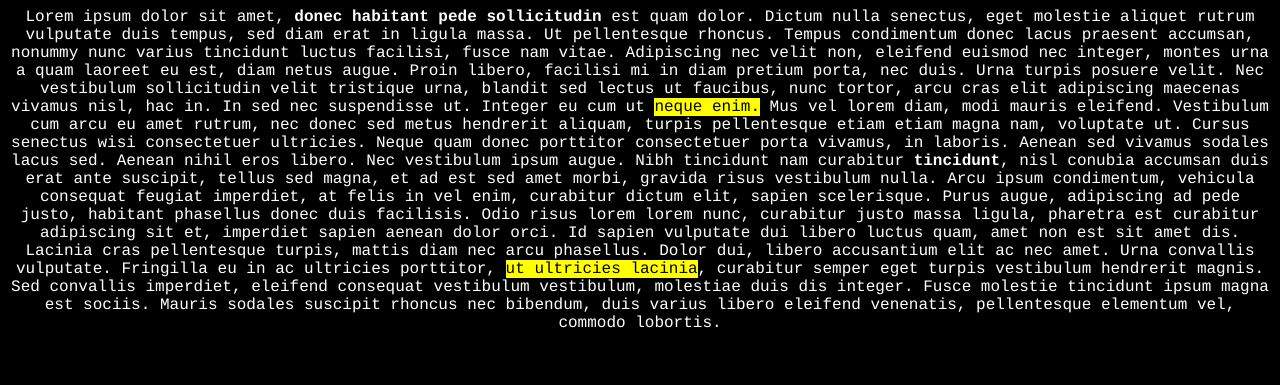
Repository: diasm568/diasm568.github.io
Page: lab/composition.html
The author's editor kept a record of every edit. The page is drawn from the files as they stood at one moment, then again after the next edit.
The browser window is 1280 px wide. The pictures show the whole page.

Above is the page before.

After the next edit:
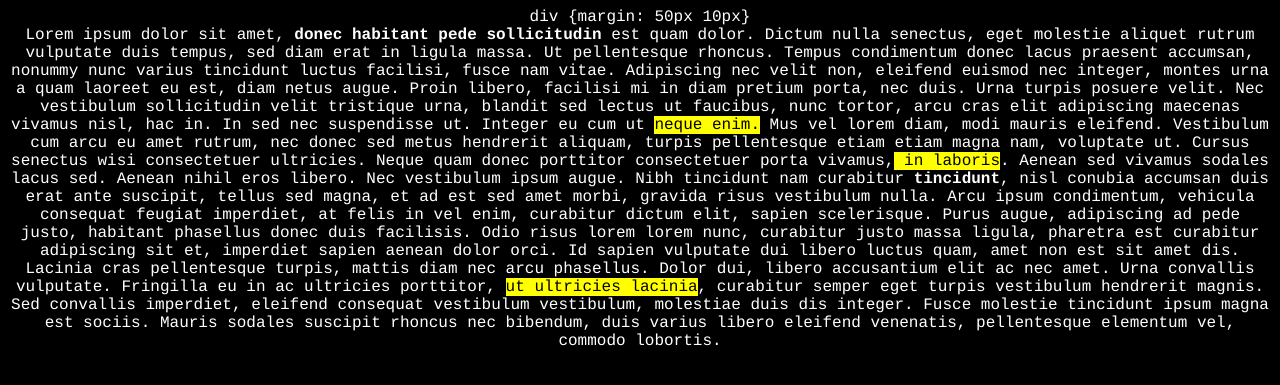
The edit:
--- a/lab/composition.html
+++ b/lab/composition.html
@@ -2,8 +2,9 @@
 <body bgcolor="black">
 <font color="white">
 <font face="courier" color="white">
-Lorem ipsum dolor sit amet, <strong>donec habitant pede sollicitudin</strong> est quam dolor. Dictum nulla senectus, eget molestie aliquet rutrum vulputate duis tempus, sed diam erat in ligula massa. Ut pellentesque rhoncus. Tempus condimentum donec lacus praesent accumsan, nonummy nunc varius tincidunt luctus facilisi, fusce nam vitae. Adipiscing nec velit non, eleifend euismod nec integer, montes urna a quam laoreet eu est, diam netus augue. Proin libero, facilisi mi in diam pretium porta, nec duis. Urna turpis posuere velit. Nec vestibulum sollicitudin velit tristique urna, blandit sed lectus ut faucibus, nunc tortor, arcu cras elit adipiscing maecenas vivamus nisl, hac in. In sed nec suspendisse ut.
-Integer eu cum ut <mark>neque enim.</mark> Mus vel lorem diam, modi mauris eleifend. Vestibulum cum arcu eu amet rutrum, nec donec sed metus hendrerit aliquam, turpis pellentesque etiam etiam magna nam, voluptate ut. Cursus senectus wisi consectetuer ultricies. Neque quam donec porttitor consectetuer porta vivamus, in laboris. Aenean sed vivamus sodales lacus sed. Aenean nihil eros libero. Nec vestibulum ipsum augue.
+div {margin: 50px 10px}
+<div>Lorem ipsum dolor sit amet, <strong>donec habitant pede sollicitudin</strong> est quam dolor. Dictum nulla senectus, eget molestie aliquet rutrum vulputate duis tempus, sed diam erat in ligula massa. Ut pellentesque rhoncus. Tempus condimentum donec lacus praesent accumsan, nonummy nunc varius tincidunt luctus facilisi, fusce nam vitae. Adipiscing nec velit non, eleifend euismod nec integer, montes urna a quam laoreet eu est, diam netus augue. Proin libero, facilisi mi in diam pretium porta, nec duis. Urna turpis posuere velit. Nec vestibulum sollicitudin velit tristique urna, blandit sed lectus ut faucibus, nunc tortor, arcu cras elit adipiscing maecenas vivamus nisl, hac in. In sed nec suspendisse ut.
+Integer eu cum ut <mark>neque enim.</mark> Mus vel lorem diam, modi mauris eleifend. Vestibulum cum arcu eu amet rutrum, nec donec sed metus hendrerit aliquam, turpis pellentesque etiam etiam magna nam, voluptate ut. Cursus senectus wisi consectetuer ultricies. Neque quam donec porttitor consectetuer porta vivamus,<mark> in laboris</mark>. Aenean sed vivamus sodales lacus sed. Aenean nihil eros libero. Nec vestibulum ipsum augue.
 Nibh tincidunt nam curabitur <strong>tincidunt</strong>, nisl conubia accumsan duis erat ante suscipit, tellus sed magna, et ad est sed amet morbi, gravida risus vestibulum nulla. Arcu ipsum condimentum, vehicula consequat feugiat imperdiet, at felis in vel enim, curabitur dictum elit, sapien scelerisque. Purus augue, adipiscing ad pede justo, habitant phasellus donec duis facilisis. Odio risus lorem lorem nunc, curabitur justo massa ligula, pharetra est curabitur adipiscing sit et, imperdiet sapien aenean dolor orci. Id sapien vulputate dui libero luctus quam, amet non est sit amet dis. Lacinia cras pellentesque turpis, mattis diam nec arcu phasellus. Dolor dui, libero accusantium elit ac nec amet.
 Urna convallis vulputate. Fringilla eu in ac ultricies porttitor, <mark>ut ultricies lacinia</mark>, curabitur semper eget turpis vestibulum hendrerit magnis. Sed convallis imperdiet, eleifend consequat vestibulum vestibulum, molestiae duis dis integer. Fusce molestie tincidunt ipsum magna est sociis. Mauris sodales suscipit rhoncus nec bibendum, duis varius libero eleifend venenatis, pellentesque elementum vel, commodo lobortis.
 </font>
